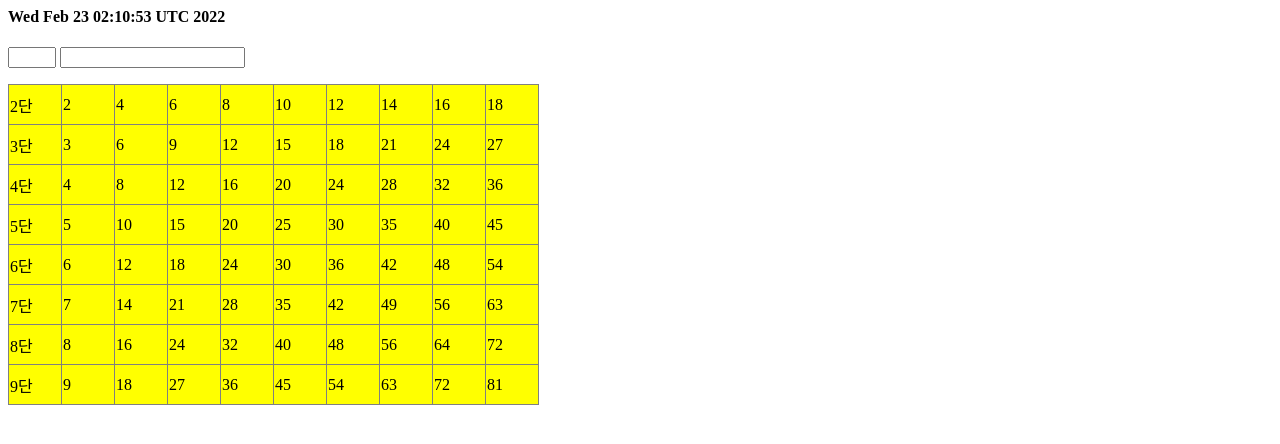
Repository: JavaJin96/kr.or.ddit.WebApp
Page: http://localhost/webStudy01/model2/gugudan.do
An editor plug-in stored every save of this project. The page is shown before and after the next save, followed by the edit.
The browser window is 1280 px wide. The pictures show the whole page.
The page is served by Tomcat 9.

Above is the page before, as saved 2022-02-28 03:11:30.

After the next save:
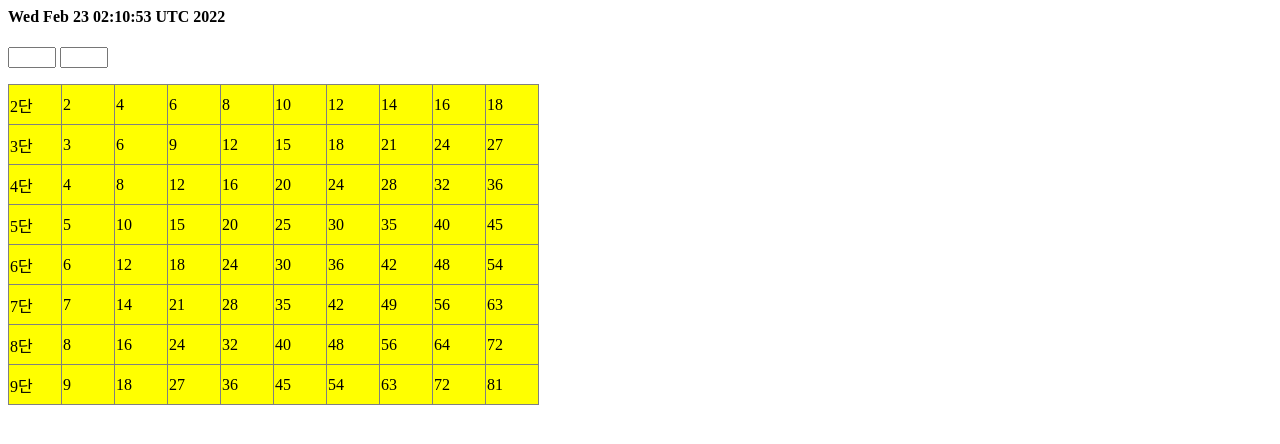
Saved 9 s later.
--- a/6.JspSpring/workspace/webStudy01/webapp/WEB-INF/views/gugudan.jsp
+++ b/6.JspSpring/workspace/webStudy01/webapp/WEB-INF/views/gugudan.jsp
@@ -16,7 +16,7 @@
 	<h4><%=request.getAttribute("now")%></h4>
 	<form>
 		<input type="number" name="minDan" min="2" max="9">
-		<input type="number" name="maxDan">
+		<input type="number" name="maxDan" min="2" max="9">
 	</form>
 	<table border="1">
 		<%=request.getAttribute("gugudan")%>
